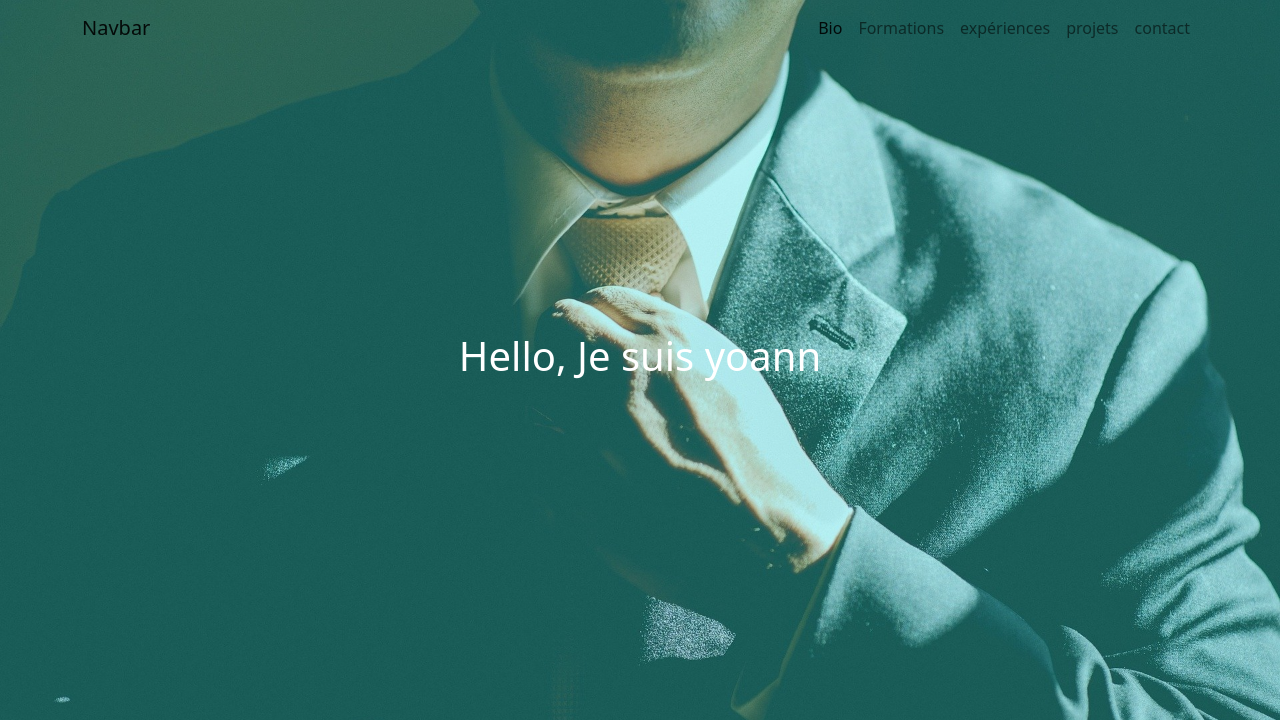
Repository: ypiard85/port-folio-bootstrap-yoann-2021
Page: index.html
These files come from the project's save history. The page is drawn as it stood at one moment and after the next save; the edit follows.
The browser window is 1280 px wide. The pictures show the whole page.

Above is the page before, as saved 2021-03-09 12:24:37.

### index.html
<!DOCTYPE html>
<html lang="en">
<head>
    <meta charset="UTF-8">
    <meta http-equiv="X-UA-Compatible" content="IE=edge">
    <meta name="viewport" content="width=device-width, initial-scale=1.0">
    <!-- CSS only -->
    <link rel="stylesheet" href="./resource/style.css">
<link href="https://cdn.jsdelivr.net/npm/bootstrap@5.0.0-beta2/dist/css/bootstrap.min.css" rel="stylesheet" integrity="sha384-BmbxuPwQa2lc/FVzBcNJ7UAyJxM6wuqIj61tLrc4wSX0szH/Ev+nYRRuWlolflfl" crossorigin="anonymous">
    <title>Document</title>
</head>
<body>

        <nav class="navbar position-fixed w-100 navbar-expand-lg navbar-light">
            <div class="container">
              <a class="navbar-brand" href="#">Navbar</a>
              <button class="navbar-toggler" type="button" data-bs-toggle="collapse" data-bs-target="#navbarNav" aria-controls="navbarNav" aria-expanded="false" aria-label="Toggle navigation">
                <span class="navbar-toggler-icon"></span>
              </button>
              <div class="collapse navbar-collapse" id="navbarNav">
                <ul class="navbar-nav">
                  <li class="nav-item">
                    <a class="nav-link active" aria-current="page" href="#bio">Bio</a>
                  </li>
                  <li class="nav-item">
                    <a class="nav-link" href="#formation">Formations</a>
                  </li>
                  <li class="nav-item">
                    <a class="nav-link" href="#experience">expériences</a>
                  </li>
                  <li class="nav-item">
                    <a class="nav-link" href="#projet">projets</a>
                  </li>
                  <li class="nav-item">
                    <a class="nav-link" href="#contact">contact</a>
                  </li>
                </ul>
              </div>
            </div>
          </nav>

          <header class="container-fluid d-flex align-items-center justify-content-center">
              <h1>Hello, Je suis yoann</h1>
          </header>

<!-- JavaScript Bundle with Popper -->
<script src="https://cdn.jsdelivr.net/npm/bootstrap@5.0.0-beta2/dist/js/bootstrap.bundle.min.js" integrity="sha384-b5kHyXgcpbZJO/tY9Ul7kGkf1S0CWuKcCD38l8YkeH8z8QjE0GmW1gYU5S9FOnJ0" crossorigin="anonymous"></script>
</body>
</html>

### resource/style.css
.navbar-collapse{
    flex-grow: 0!important;
}

nav{
    color: white!important;
}

header{
    height: 100vh;
    background: gray;
    background-image: linear-gradient(90deg, rgba(0,231,249,0.2780462526807598) 100%, rgba(0,4,24,0.4405112386751575) 74%), url('./image/about-section.jpg');
    background-repeat: no-repeat;
    background-size: cover;
    background-position: top center;
    color: white;
}

header h1{
    font-weight: normal;
}

After the next save:
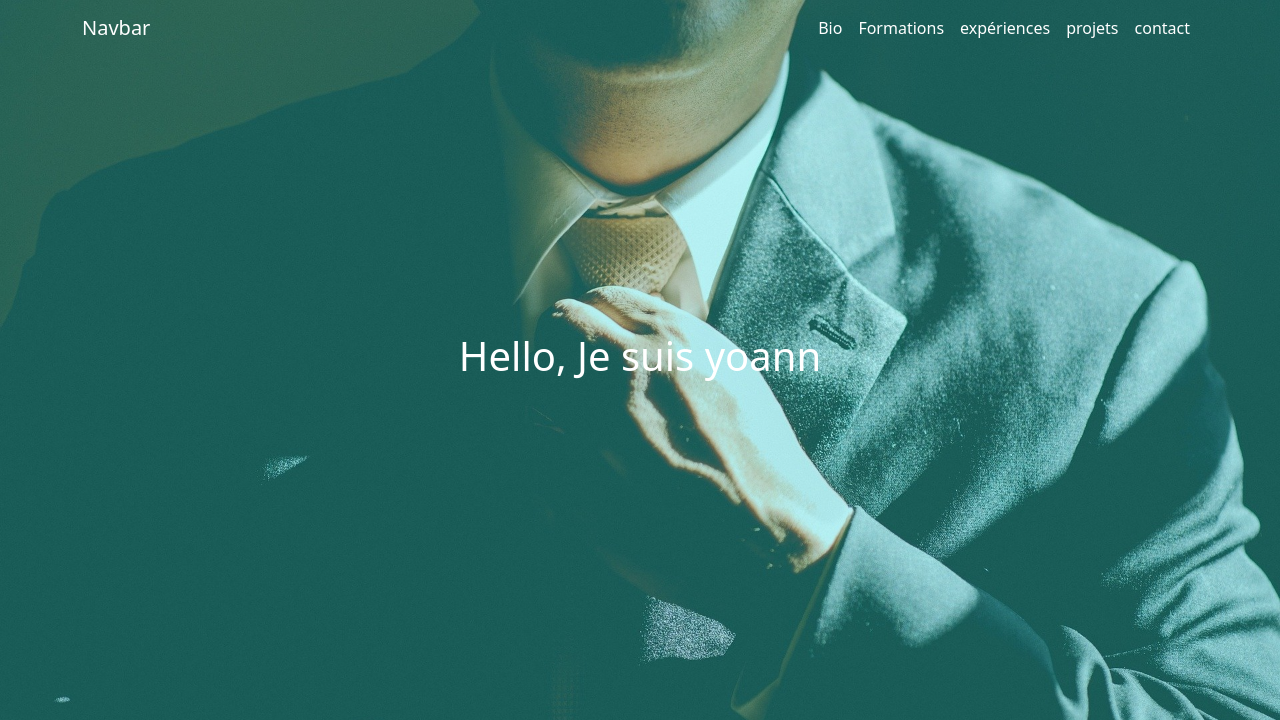
Saved 9 s later.
--- a/resource/style.css
+++ b/resource/style.css
@@ -2,7 +2,7 @@
     flex-grow: 0!important;
 }
 
-nav{
+nav a{
     color: white!important;
 }
 
